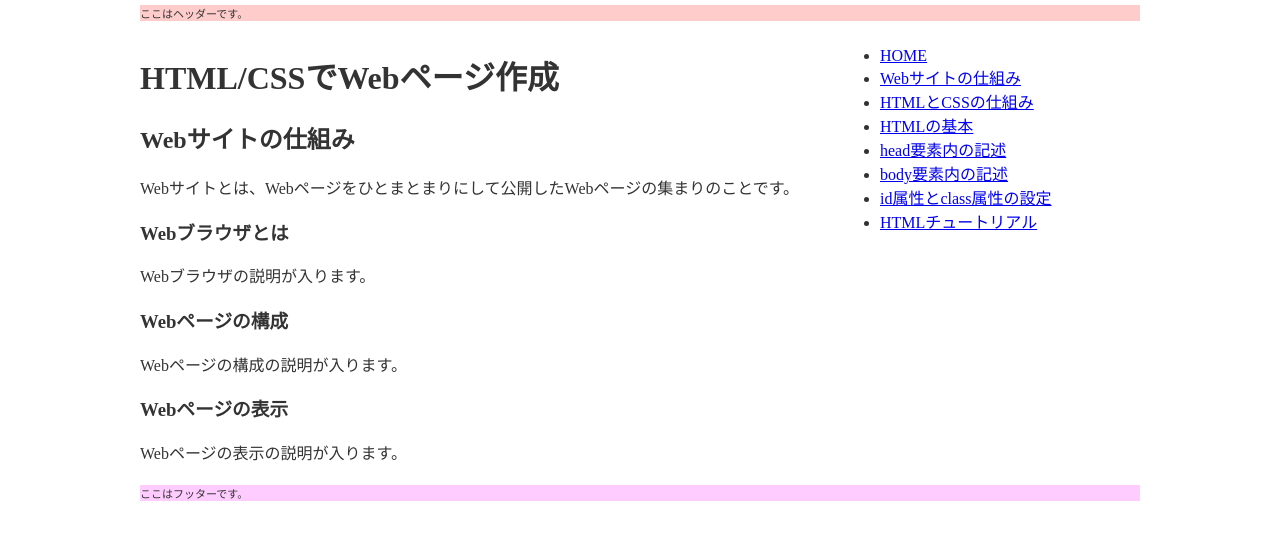
Repository: sugihiro1/test_laravel
Page: kadai_css/kadai_css.html
The author's editor kept a record of every edit. The page is drawn from the files as they stood at one moment, then again after the next edit.
The browser window is 1280 px wide. The pictures show the whole page.

Above is the page before.

### kadai_css/kadai_css.html
<!DOCTYPE html>
<html lang="ja">
    <head>
        <meta charset="utf-8">
        <title>HTML/CSSでWebページ作成</title>
        <link rel="stylesheet" href="kadai_css.css">
    </head>
    <body>
        <header>
            <p>ここはヘッダーです。</p>
        </header>

        <div id="wrapper" class="clearfix">
            <nav id="menu">
                <ul>
                    <li class="current"><a href="kadai_html.html">HOME</a></li>
                    <li><a href="website.html">Webサイトの仕組み</a></li>
                    <li><a href="htmlcss.html">HTMLとCSSの仕組み</a></li>
                    <li><a href="htmlbasic.html">HTMLの基本</a></li>
                    <li><a href="head.html">head要素内の記述</a></li>
                    <li><a href="body.html">body要素内の記述</a></li>
                    <li><a href="idclass.html">id属性とclass属性の設定</a></li>
                    <li><a href="tutorial.html">HTMLチュートリアル</a></li>
                </ul>
            </nav>
            <div id="main">
                <h1>HTML/CSSでWebページ作成</h1>
                <h2>Webサイトの仕組み</h2>
                    <p>Webサイトとは、Webページをひとまとまりにして公開したWebページの集まりのことです。</p>
                    <h3>Webブラウザとは</h3>
                        <p>Webブラウザの説明が入ります。</p>
                    <h3>Webページの構成</h3>
                        <p>Webページの構成の説明が入ります。</p>
                    <h3>Webページの表示</h3>
                        <p>Webページの表示の説明が入ります。</p>
            </div>
        </div>

        <footer>
            <p>ここはフッターです。</p>
        </footer>
    </body>
</html>

### kadai_css/kadai_css.css
@charset "UTF-8";


/* body全体のcss設定  */
body {
    margin: 0;
    padding: 0;
    color: #333;  /* 文字色を少しグレーにする */

}

/* header部分のcss設定 */
header {
    width: 1000px;
    margin: 0 auto;　/* マージン：四辺すべてに適用、中央揃え */
}

header p {
    margin: 5px 0 10px;  /* マージン：上 | 左右 | 下 | */
    background-color: #ffcccc;
    font-size: 11px;
}



#wrapper {
    width: 1000px;
    margin: 0 auto;
}

#menu {
    width: 300px;
    float: right;  /* 右寄せ */
}

#main {
    width: 700px;
    float: left;  /* 左寄せ */
}

/*clearfix */
.clearfix::after {
    content: '';
    display: block;
    clear: both;
}

/* clearfix 別方式
#wrapper {
  overflow: hidden;
}
*/


/* footer部分のcss設定 */
footer {
    width: 1000px;
    margin: 0 auto;　/* マージン：四辺すべてに適用、中央揃え */
}

footer p {
    margin: 5px 0 10px;  /* マージン：上 | 左右 | 下 | */
    background-color: #ffccff;
    font-size: 11px;
}

After the next edit:
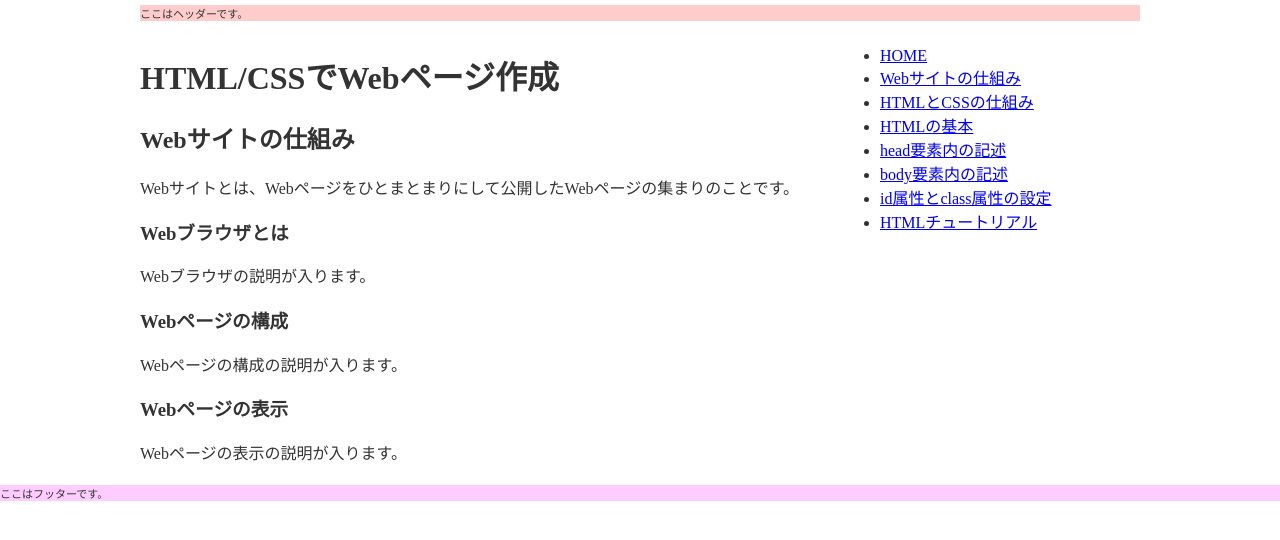
The edit:
--- a/kadai_css/kadai_css.css
+++ b/kadai_css/kadai_css.css
@@ -45,7 +45,7 @@
     clear: both;
 }
 
-/* clearfix 別方式
+/* clearfix 別方式 */
 #wrapper {
   overflow: hidden;
 }

After the edit that followed:
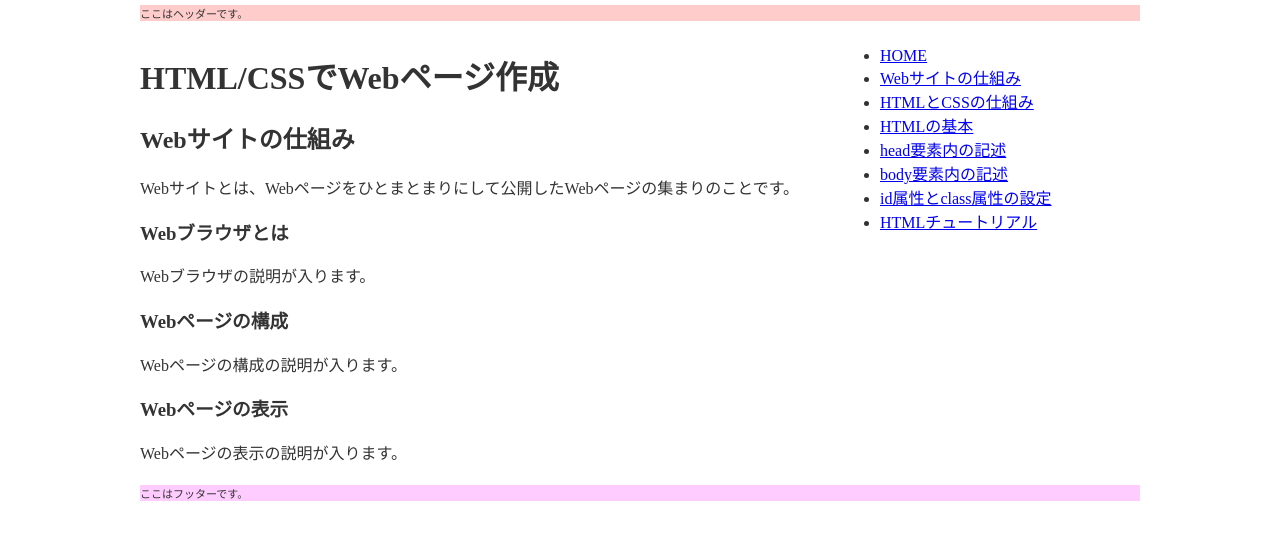
The edit:
--- a/kadai_css/kadai_css.css
+++ b/kadai_css/kadai_css.css
@@ -49,7 +49,7 @@
 #wrapper {
   overflow: hidden;
 }
-*/
+
 
 
 /* footer部分のcss設定 */
